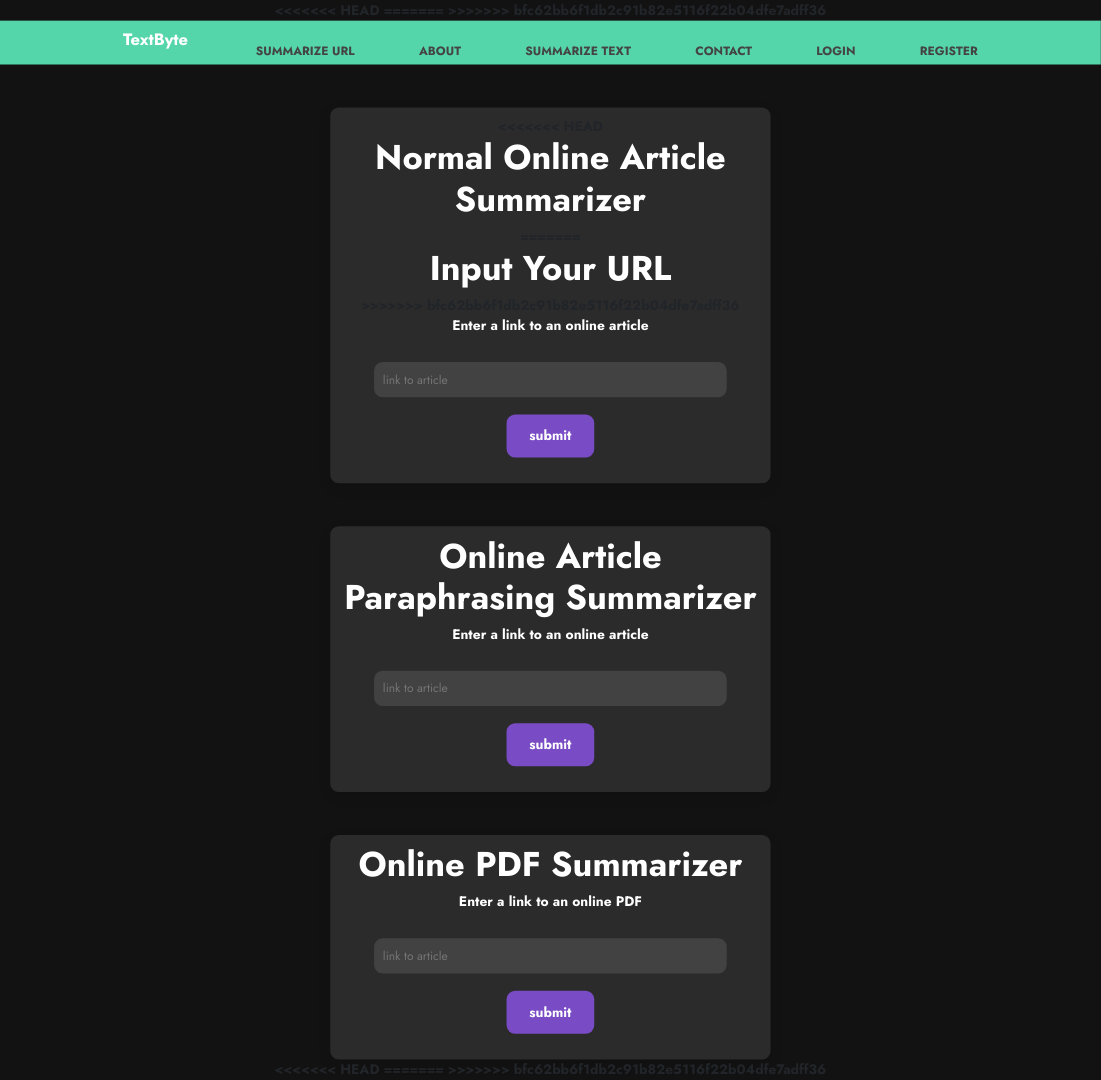
Repository: AndreLiu1225/Enigma
Page: templates/index.html
An editor plug-in stored every save of this project. The page is shown before and after a run of saves, followed by the edit.
The browser window is 1280 px wide. The pictures show the whole page, at 86% of full size.
The template is drawn by Flask 3. The application's start-up code is not run. The template is opened directly, without the code that normally fills it, so the values that code supplies are empty.

Above is the page before, as saved 2021-09-03 21:02:27.

After the next 3 saves:
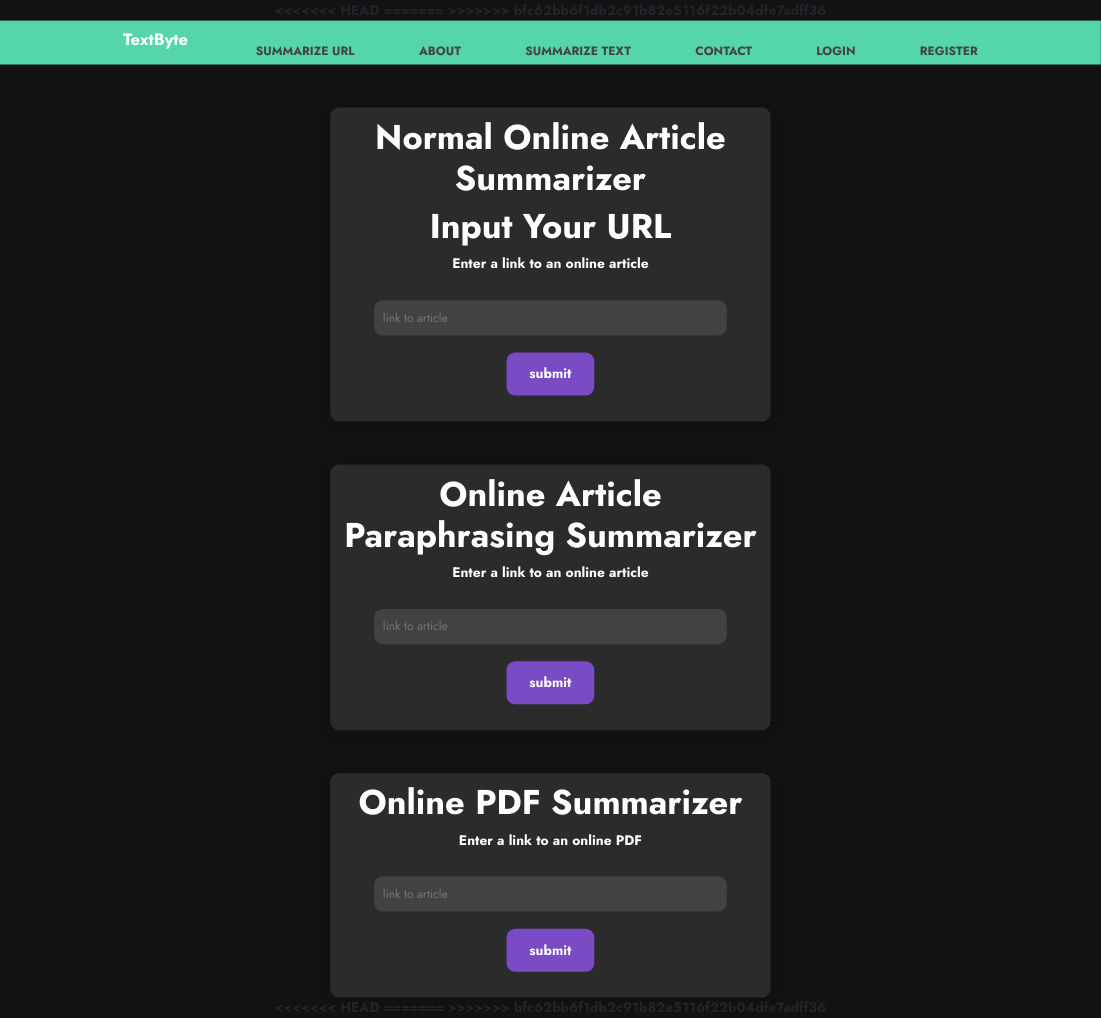
The 3 saves are shown as one change because they came seconds apart.
The last was saved 12 s later.
--- a/templates/index.html
+++ b/templates/index.html
@@ -69,11 +69,8 @@
     </div>
     </header>
     <div class="summary">
-<<<<<<< HEAD
       <h1>Normal Online Article Summarizer</h1>
-=======
       <h1>Input Your URL</h1>
->>>>>>> bfc62bb6f1db2c91b82e5116f22b04dfe7adff36
       <p>Enter a link to an online article</p>
       <form method="POST" action="/analyze_url">
         <input class="input" type = "text" name="url" placeholder="link to article" onfocus="this.value=''" required="true" value="{{ request.form.url }}"/>
